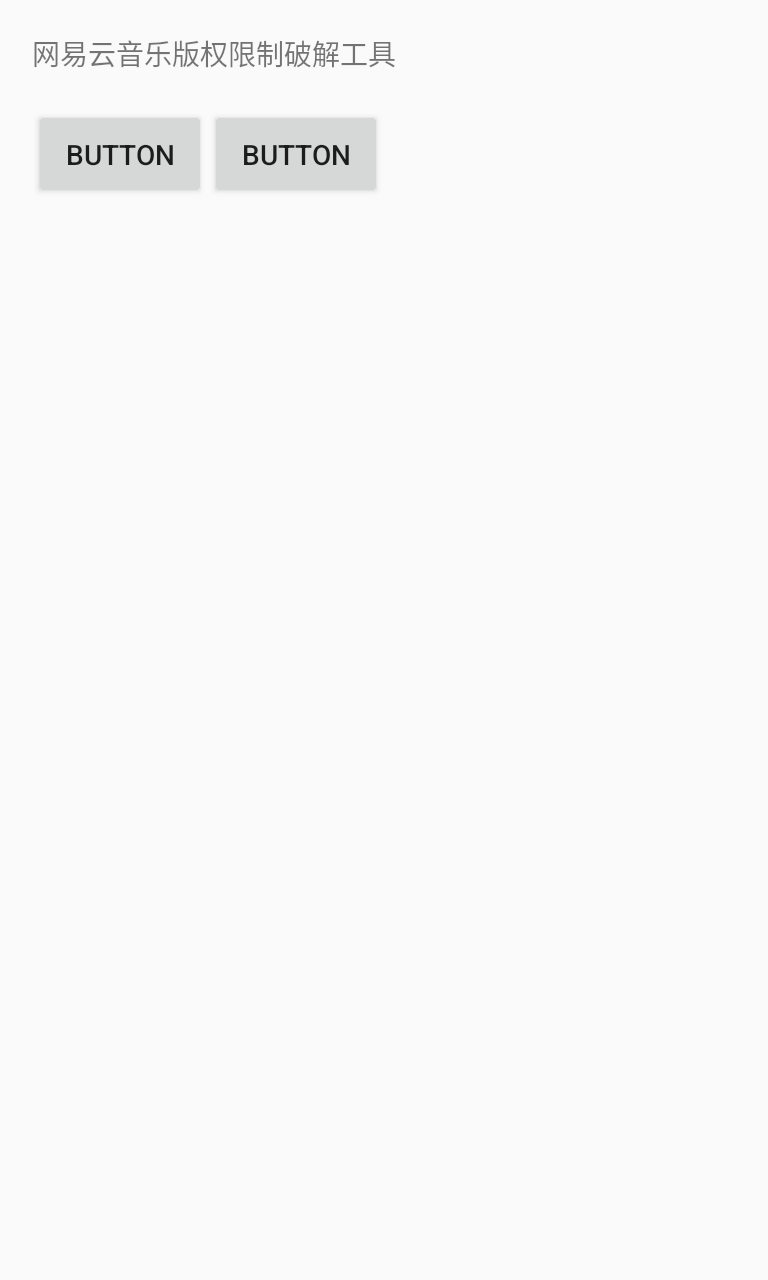
Repository: azureplus/163-music-unlock
Layout: workspace/NetEastMusicCracker/res/layout/activity_main.xml
The author's editor kept a copy of each file at every save. The layout is drawn from the files as they stood at one save, then again after the next save.
It is drawn on a 768 x 1280 px phone screen (xhdpi) without system bars, with theme AppTheme; the app's code is not run.

Above is the layout before, as saved 2015-10-25 18:49:43.

After the next save:
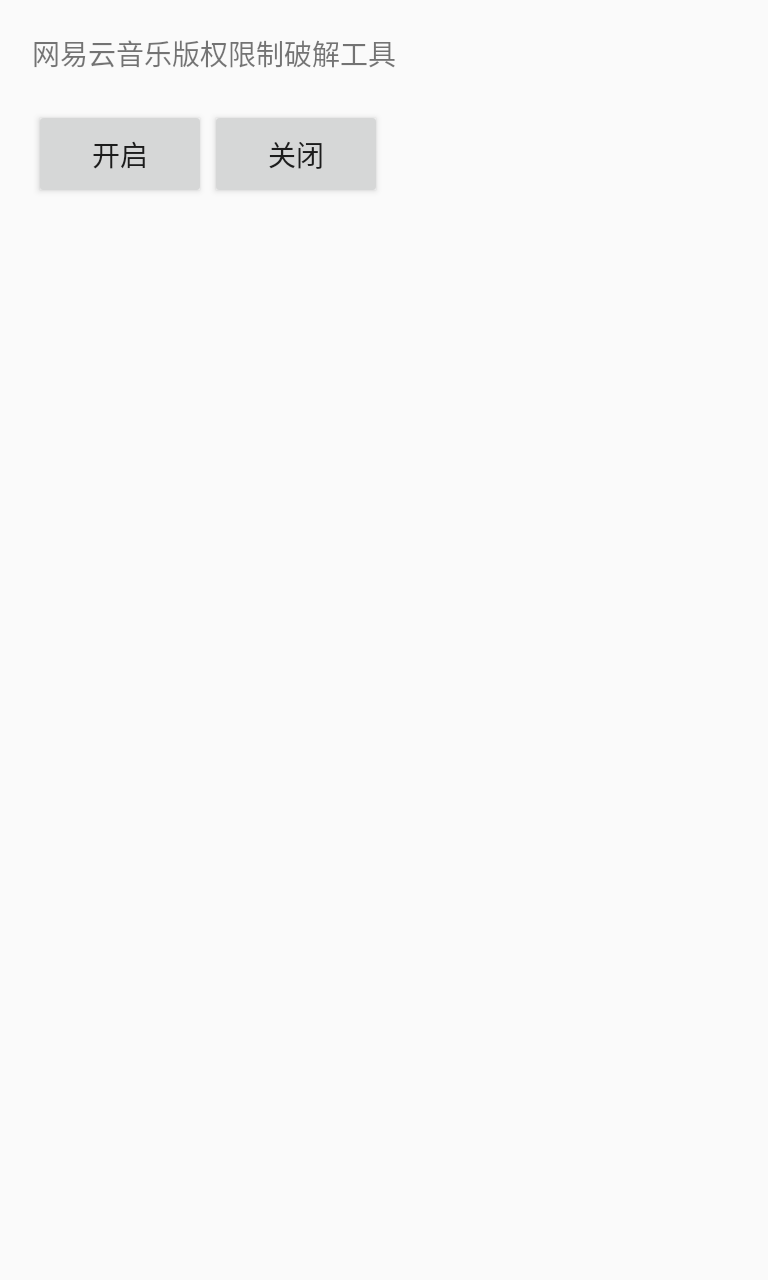
Saved 21 s later.
--- a/workspace/NetEastMusicCracker/res/layout/activity_main.xml
+++ b/workspace/NetEastMusicCracker/res/layout/activity_main.xml
@@ -21,7 +21,7 @@
         android:layout_alignParentLeft="true"
         android:layout_below="@id/textView1"
         android:layout_marginTop="16dp"
-        android:text="Button" />
+        android:text="开启" />
 
     <Button
         android:id="@+id/button_restore"
@@ -30,6 +30,6 @@
         android:layout_toRightOf="@id/button_activate"
         android:layout_below="@id/textView1"
         android:layout_marginTop="16dp"
-        android:text="Button" />
+        android:text="关闭" />
 
 </RelativeLayout>
